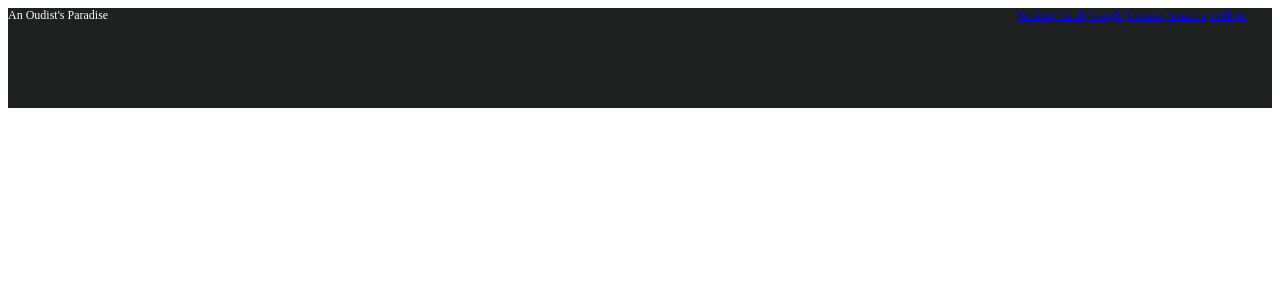
Repository: robvollmar/homework3
Page: index.html
The author's editor kept a record of every edit. The page is drawn from the files as they stood at one moment, then again after the next edit.
The browser window is 1280 px wide. The pictures show the whole page.

Above is the page before.

After the next edit:
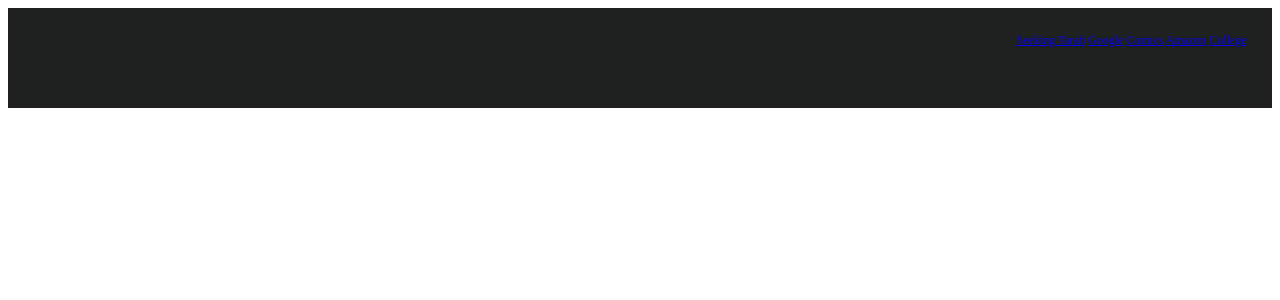
The edit:
--- a/index.html
+++ b/index.html
@@ -7,7 +7,10 @@
     <body>
         <div class="page">
             <div class="header">
-                An Oudist's Paradise
+                <div class="headertext">
+
+                </div>
+
                 <div class="headermenu">
                     <a href="http://oudstudent.tumblr.com">Seeking Tarab</a>
                     <a href="http://google.com">Google</a>
